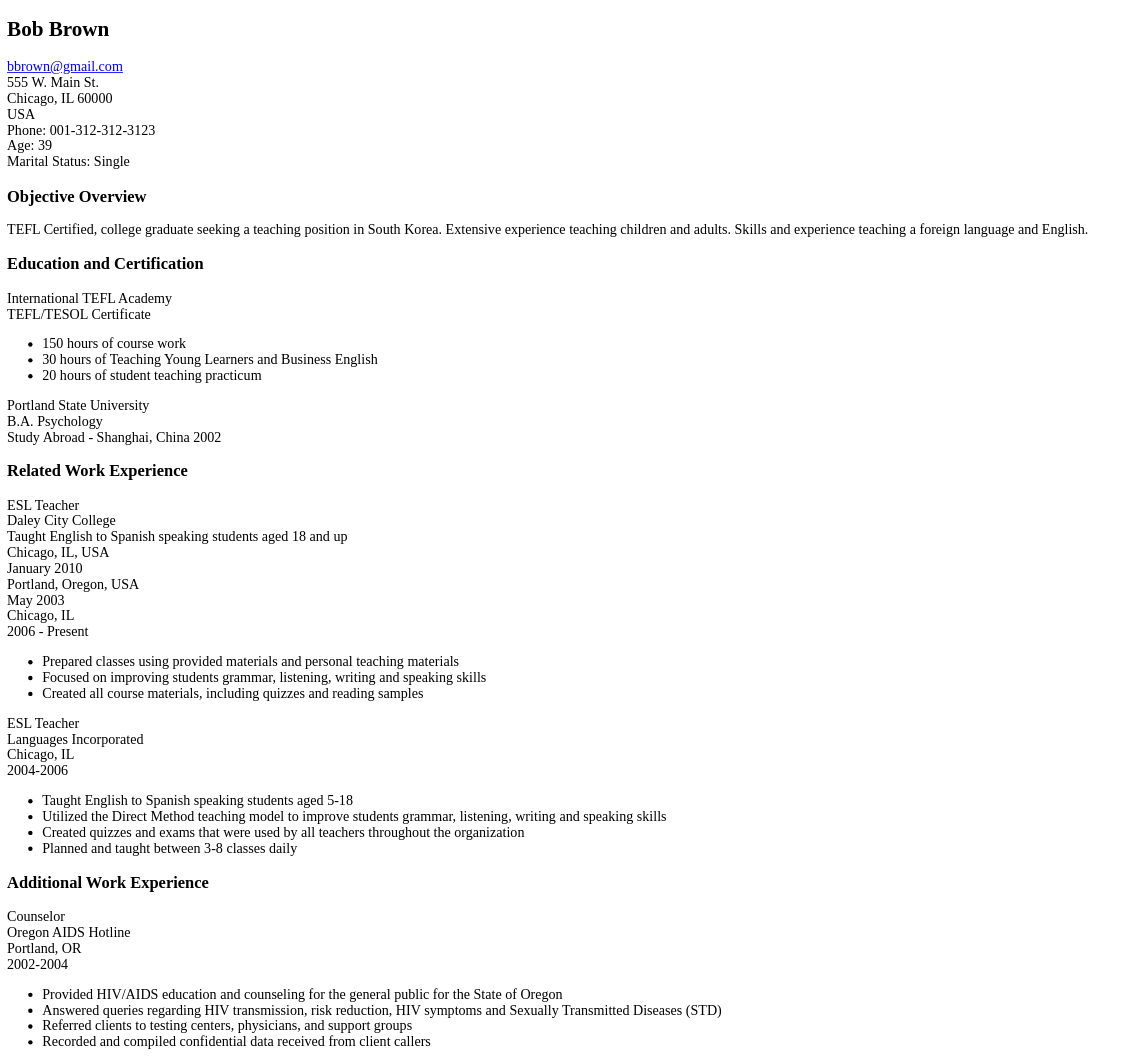
Repository: Gibekkk/WebPro
Page: Tugas Lab 1/index.html
An editor plug-in stored every save of this project. The page is shown before and after a run of saves, followed by the edit.
The browser window is 1280 px wide. The pictures show the whole page, at 88% of full size.

Above is the page before, as saved 2024-03-25 13:04:28.

After the next 2 saves:
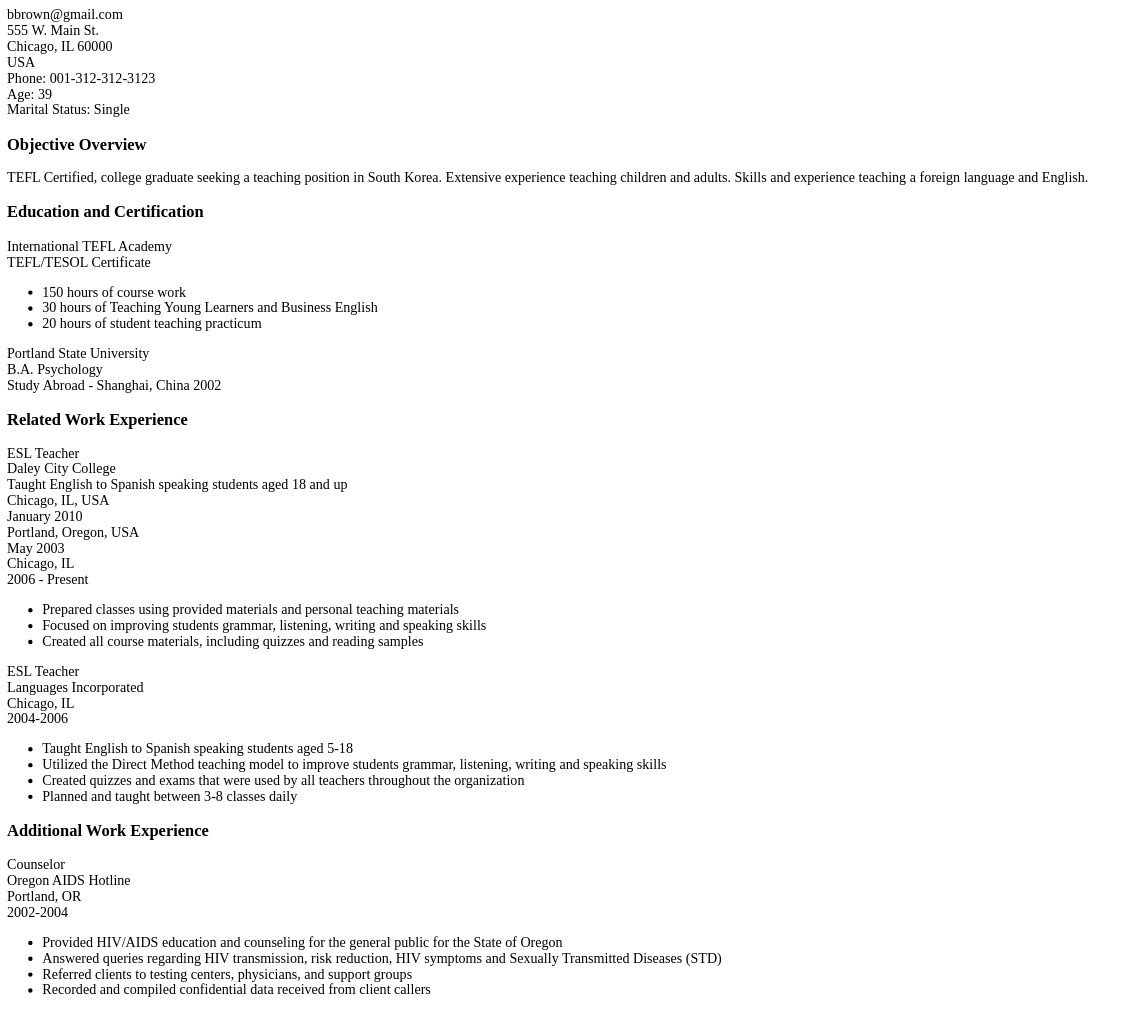
The 2 saves are shown as one change because they came seconds apart.
The last was saved 10 s later.
--- a/Tugas Lab 1/index.html
+++ b/Tugas Lab 1/index.html
@@ -2,6 +2,7 @@
 <html>
     <head>
         <title>Portfolio</title>
+        <link rel="stylesheet" href="style
     </head>
 <body>
 

After the 2 saves that followed:
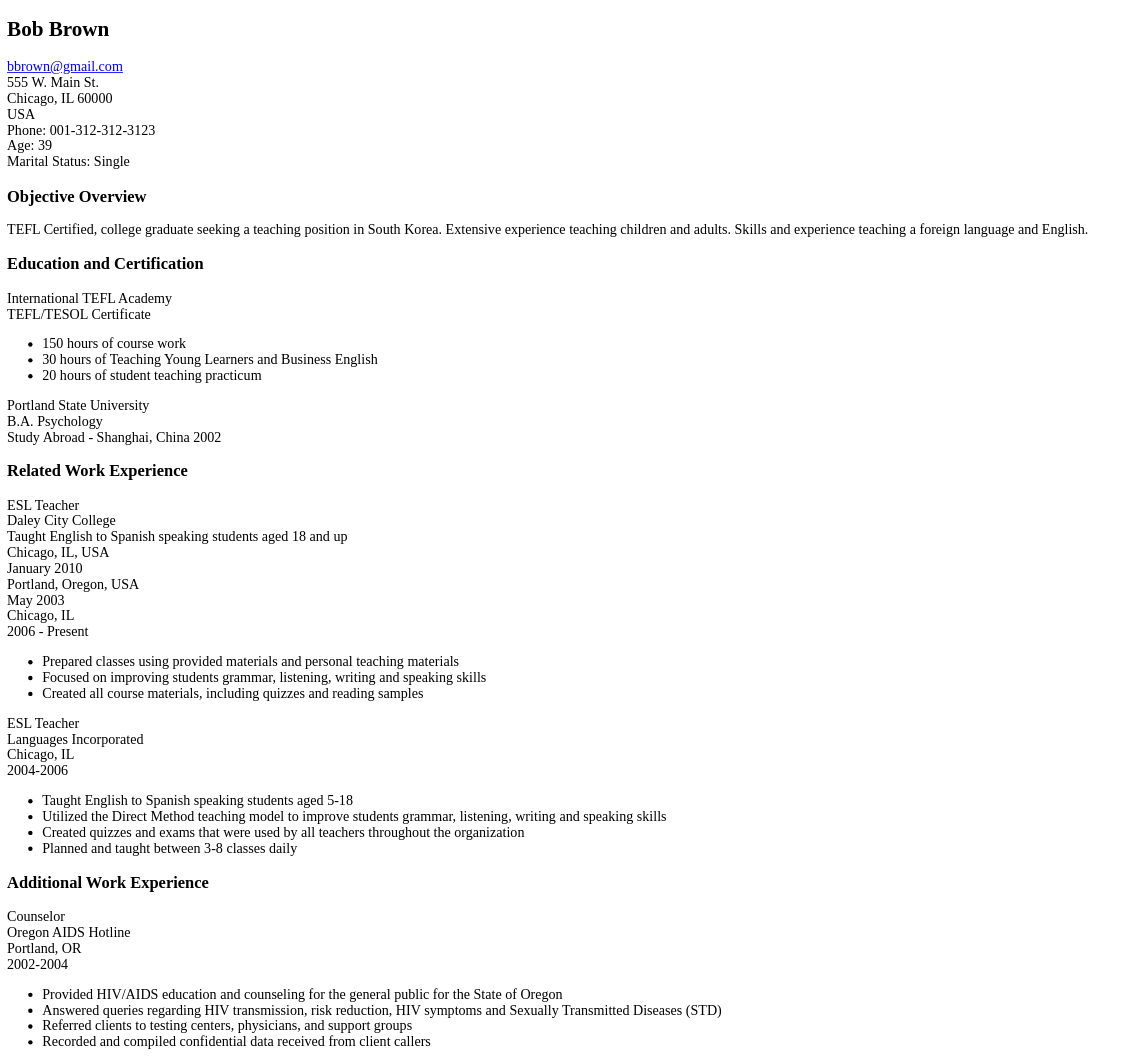
The 2 saves are shown as one change because they came seconds apart.
The last was saved 7 s later.
--- a/Tugas Lab 1/index.html
+++ b/Tugas Lab 1/index.html
@@ -2,10 +2,9 @@
 <html>
     <head>
         <title>Portfolio</title>
-        <link rel="stylesheet" href="style
+        <link rel="stylesheet" href="style.css">
     </head>
 <body>
-
 <h2>Bob Brown</h2>
 <p>
   <a href="mailto:bbrown@gmail.com">bbrown@gmail.com</a><br>
